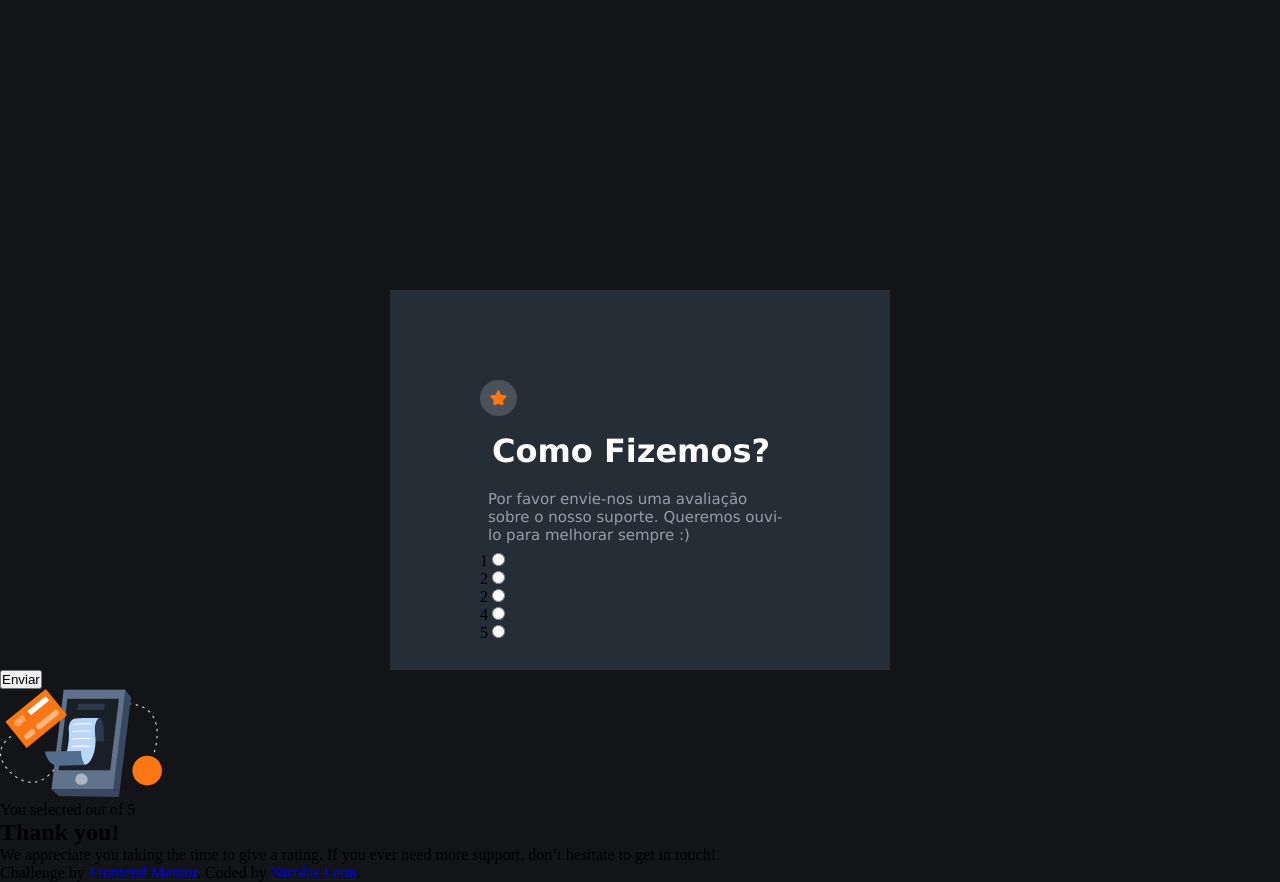
Repository: Leonngc/projeto-avaliacao
Page: index.html
An editor plug-in stored every save of this project. The page is shown before and after the next save, followed by the edit.
The browser window is 1280 px wide. The pictures show the whole page.

Above is the page before, as saved 2023-01-29 20:32:27.
Console error: SyntaxError: Unexpected token ')'

### index.html
<!DOCTYPE html>
<html lang="pt-br">

<head>
  <meta charset="UTF-8">
  <meta name="viewport" content="width=device-width, initial-scale=1.0">
  <!-- displays site properly based on user's device -->

  <link rel="icon" type="image/png" sizes="32x32" href="./images/favicon-32x32.png">
  <script src="js/index.js" defer></script>

  <title>Frontend Mentor | Interactive rating component</title>

  <link rel="stylesheet" href="styles/style.css">
</head>

<body>

  <!-- Rating state start -->
  <div id="card">
    <img src="images/icon-star.svg" alt="" id="icon">
    <div id="mensage">
      <h1>Como Fizemos?</h1>
      <p>Por favor envie-nos uma avaliação sobre o nosso suporte. Queremos ouvi-lo para melhorar sempre :)</p>
    </div>
    <form id="ratting">
      <div>
        <label for="ratting-one">1</label> <input type="radio" class="ratting-btn" id="ratting-one" name="ratting">
      </div>
      <div>
        <label for="ratting-two">2</label> <input type="radio" class="ratting-btn" id="ratting-two" name="ratting">
      </div>
      <div>
        <label for="ratting-three">2</label> <input type="radio" class="ratting-btn" id="ratting-three" name="ratting">
      </div>
      <div>
        <label for="ratting-four">4</label> <input type="radio" class="ratting-btn" id="ratting-four" name="ratting">
      </div>
      <div>
        <label for="ratting-five">5</label> <input type="radio" class="ratting-btn" id="ratting-five" name="ratting">
      </div>
    </div>
      <input type="submit" value="Enviar" onclick="sent()" id="">
  </form>

  <!-- Rating state end -->

  <!-- Thank you state start -->

  <section id="result-avaliation" class="avaliation-form">
    <div id="thank-image">
      <img src="images/illustration-thank-you.svg" alt="">
    </div>


    <p id="avaliation-user">You selected <!--ratting result --> out of 5</p>
    <h1>Thank you!</h1>
    <p id="thanks-mensage">
      We appreciate you taking the time to give a rating. If you ever need more support,
      don’t hesitate to get in touch!
    </p>
  </section>

  <!-- Thank you state end -->


  <footer class="attribution">
    Challenge by <a href="https://www.frontendmentor.io?ref=challenge" target="_blank">Frontend Mentor</a>.
    Coded by <a href="#">Nicolas Leon</a>.
  </footer>
</body>

</html>

### js/index.js
switch () {
    case value:

        break;

    default:
        break;
}

### styles/style.css
:root {
  --very-dark-blue: hsl(216, 12%, 8%);
  --dark-blue: hsl(213, 19%, 18%);
  --medium-grey: hsl(216, 12%, 54%);
  --light-grey: hsl(217, 12%, 63%);
}

* {
  margin: 0;
  padding: 0;
  box-sizing: border-box;
}

body{
  background-color: var(--very-dark-blue);
}

#card{
  background-color: var(--dark-blue);
  width: 500px;
  height: 380px;
  margin: auto;
  margin-top: 290px;
  padding: 90px;
}

.ratting{
  background-color: var(--dark-blue);
  margin: auto;
  margin-top: 190px;
  width: 470px;
  height: 400px;
  padding: 40px;
  border-radius: 30px;
}

#icon{
  background-color: rgba(211, 211, 211, 0.218);
  padding: 10px;
  border-radius: 50%;
}

#mensage > h1{
  font-family: 'Lucida Sans', 'Lucida Sans Regular', 'Lucida Grande', 'Lucida Sans Unicode', Geneva, Verdana, sans-serif;
  color: white;
  padding: 12px;
}

#mensage > p{
  padding: 8px;
  font-size: 15px;
  font-family: Verdana, Geneva, Tahoma, sans-serif;
  color: var(--light-grey);
}

After the next save:
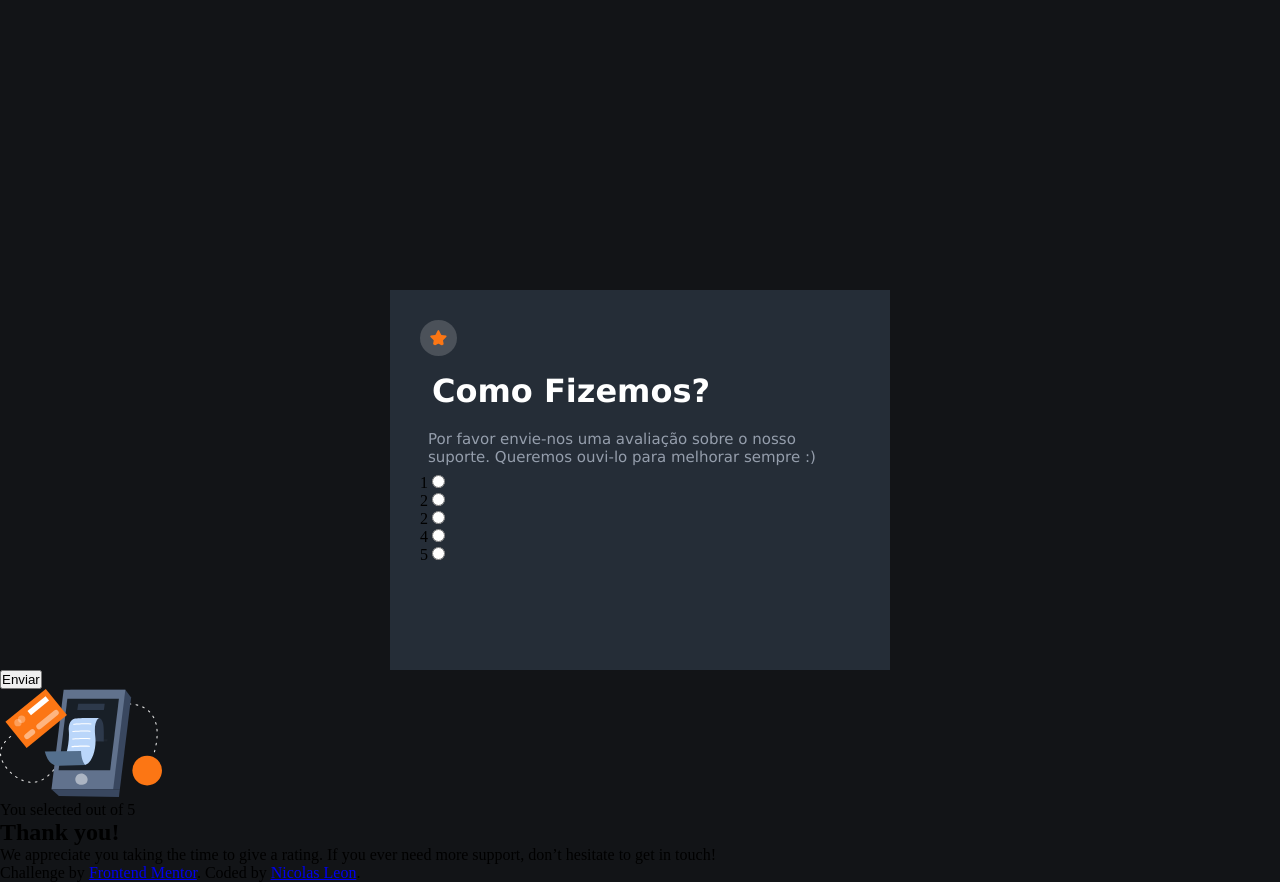
Saved 6 s later.
--- a/styles/style.css
+++ b/styles/style.css
@@ -21,7 +21,7 @@ body{
   height: 380px;
   margin: auto;
   margin-top: 290px;
-  padding: 90px;
+  padding: 30px;
 }
 
 .ratting{
